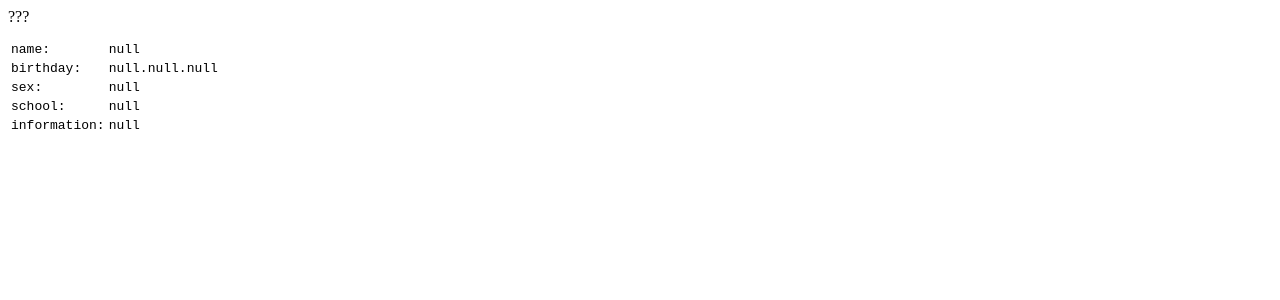
Repository: Brief-drizzle/Java-Web
Page: http://localhost/sy1/GetResume
These files come from the project's save history. The page is drawn as it stood at one moment and after the next save; the edit follows.
The browser window is 1280 px wide. The pictures show the whole page.
The page is served by Tomcat 9. Other server files are loaded and not shown.

Above is the page before, as saved 2020-10-23 12:09:42.

### sy1/src/sy1/GetResume.java
package sy1;

import java.io.IOException;
import java.io.PrintWriter;

import javax.servlet.RequestDispatcher;
import javax.servlet.ServletException;
import javax.servlet.ServletResponse;
import javax.servlet.http.Cookie;
import javax.servlet.http.HttpServlet;
import javax.servlet.http.HttpServletRequest;
import javax.servlet.http.HttpServletResponse;

@SuppressWarnings("serial")
//@WebServlet("/GetResume")
public class GetResume extends HttpServlet {

	/**
		 * Constructor of the object.
		 */
	public GetResume() {
		super();
	}

	/**
		 * Destruction of the servlet. <br>
		 */
	public void destroy() {
		super.destroy(); // Just puts "destroy" string in log
		// Put your code here
	}

	/**
		 * The doGet method of the servlet. <br>
		 *
		 * This method is called when a form has its tag value method equals to get.
		 *
		 * @param request the request send by the client to the server
		 * @param response the response send by the server to the client
		 * @throws ServletException if an error occurred
		 * @throws IOException if an error occurred
		 */
	public void doGet(HttpServletRequest request, HttpServletResponse response) throws ServletException, IOException {

		response.setContentType("text/html;charset=utf-8");
		request.setCharacterEncoding("GBK");
		response.setCharacterEncoding("GBK");
		PrintWriter out = response.getWriter();
		out.println("<!DOCTYPE HTML PUBLIC \"-//W3C//DTD HTML 4.01 Transitional//EN\">");
		out.println("<HTML>");
		out.println("  <HEAD><TITLE>A Servlet</TITLE></HEAD>");
		out.println("  <BODY>");

		Cookie[] cookie = request.getCookies();
		String name = null,bir_y= null,bir_m= null,bir_d= null,sex= null,school= null,information= null;
		out.println("???");

		if(cookie==null)
		{
			name=request.getParameter("name");
			bir_y=request.getParameter("year");
			bir_m=request.getParameter("month");
			bir_d=request.getParameter("day");
			sex=request.getParameter("sex");
			school=request.getParameter("school");
			information=request.getParameter("information");
			Cookie name_cookie=new Cookie("name",name);
			Cookie bir_y_cookie=new Cookie("bir_y",bir_y);
			Cookie bir_m_cookie=new Cookie("bir_m",bir_m);
			Cookie bir_d_cookie=new Cookie("bir_d",bir_d);
			Cookie sex_cookie=new Cookie("sex",sex);
			Cookie school_cookie=new Cookie("school",school);
			Cookie infor_cookie=new Cookie("information",information);
			response.addCookie(name_cookie);
			response.addCookie(bir_y_cookie);
			response.addCookie(bir_m_cookie);
			response.addCookie(bir_d_cookie);
			response.addCookie(sex_cookie);
			response.addCookie(school_cookie);
			response.addCookie(infor_cookie);
		}
		else if(cookie!=null)
		{
			for(int i = 0;i<cookie.length;i++)
			{
				if("name".equals(cookie[i].getName()))
				{
					name=cookie[i].getValue();
				}
				if("bir_y".equals(cookie[i].getName()))
				{
					bir_y=cookie[i].getValue();
				}
				if("bir_m".equals(cookie[i].getName()))
				{
					bir_m=cookie[i].getValue();
				}
				if("bir_d".equals(cookie[i].getName()))
				{
					bir_d=cookie[i].getValue();
				}
				if("sex".equals(cookie[i].getName()))
				{
					sex=cookie[i].getValue();
				}
				if("school".equals(cookie[i].getName()))
				{
					school=cookie[i].getValue();
				}
				if("information".equals(cookie[i].getName()))
				{
					information=cookie[i].getValue();
				}
			}
		}

		//if(isParameterNull(name)||isParameterNull(bir_y)||isParameterNull(bir_m)||isParameterNull(bir_d)||isParameterNull(sex)||isParameterNull(school)||isParameterNull(information))
		//{
		//	response.sendRedirect("/sy1/resume.html");
		//}
		//if(isParameterBlank(name)||isParameterBlank(bir_y)||isParameterBlank(bir_m)||isParameterBlank(bir_d)||isParameterBlank(sex)||isParameterBlank(school)||isParameterBlank(information))
		//{
		//	response.sendRedirect("/sy1/resume.html");
		//}

		out.println("<PRE>\n" +"<table>"+"<tr>"+"<td>"+"name:"+"</td>"+"<td>"+name+"</td>"+"</tr>");
		out.println("<tr>"+"<td>birthday:</td>"+"<td>"+bir_y+"."+bir_m+"."+bir_d+"</td>"+"</tr>");
		out.println("<tr>"+"<td>sex:</td>"+"<td>"+sex+"</td>"+"</tr>");
		out.println("<tr>"+"<td>school:</td>"+"<td>"+school+"</td>"+"</tr>");
		out.println("<tr>"+"<td>information:</td>"+"<td>"+information+"</td>"+"</tr>"+"</PRE>\n");

		out.println("  </BODY>");
		out.println("</HTML>");
		out.flush();
		out.close();
	}

	public static Cookie[] retu(Cookie[] c)
	{
		return c;
	}

	private boolean isParameterBlank(String name) {
		if (name=="")
			return true;
		else return false;
	}

	private boolean isParameterNull(String p) {
		if (p==null)
			return true;
		else return false;
	}

	  public static String filter(String input) {
		    if (!hasSpecialChars(input)) {
		      return(input);
		    }
		    StringBuffer filtered = new StringBuffer(input.length());
		    char c;
		    for(int i=0; i<input.length(); i++) {
		      c = input.charAt(i);
		      switch(c) {
		        case '<': filtered.append("&lt;"); break;
		        case '>': filtered.append("&gt;"); break;
		        case '"': filtered.append("&quot;"); break;
		        case '&': filtered.append("&amp;"); break;
		        default: filtered.append(c);
		      }
		    }
		    return(filtered.toString());
		  }

		  private static boolean hasSpecialChars(String input) {
		    boolean flag = false;
		    if ((input != null) && (input.length() > 0)) {
		      char c;
		      for(int i=0; i<input.length(); i++) {
		        c = input.charAt(i);
		        switch(c) {
		          case '<': flag = true; break;
		          case '>': flag = true; break;
		          case '"': flag = true; break;
		          case '&': flag = true; break;
		        }
		      }
		    }
		    return(flag);
		  }

	/**
		 * The doPost method of the servlet. <br>
		 *
		 * This method is called when a form has its tag value method equals to post.
		 *
		 * @param request the request send by the client to the server
		 * @param response the response send by the server to the client
		 * @throws ServletException if an error occurred
		 * @throws IOException if an error occurred
		 */
	public void doPost(HttpServletRequest request, HttpServletResponse response) throws ServletException, IOException {

		response.setContentType("text/html");
		PrintWriter out = response.getWriter();
		response.setCharacterEncoding("GBK");
		request.setCharacterEncoding("GBK");
		out.println("<!DOCTYPE HTML PUBLIC \"-//W3C//DTD HTML 4.01 Transitional//EN\">");
		out.println("<HTML>");
		out.println("  <HEAD><TITLE>A Servlet</TITLE></HEAD>");
		out.println("  <BODY>");
		out.println("  </BODY>");
		out.println("</HTML>");
		out.flush();
		out.close();
	}

	/**
		 * Initialization of the servlet. <br>
		 *
		 * @throws ServletException if an error occurs
		 */
	public void init() throws ServletException {
		// Put your code here
	}

}

After the next save:
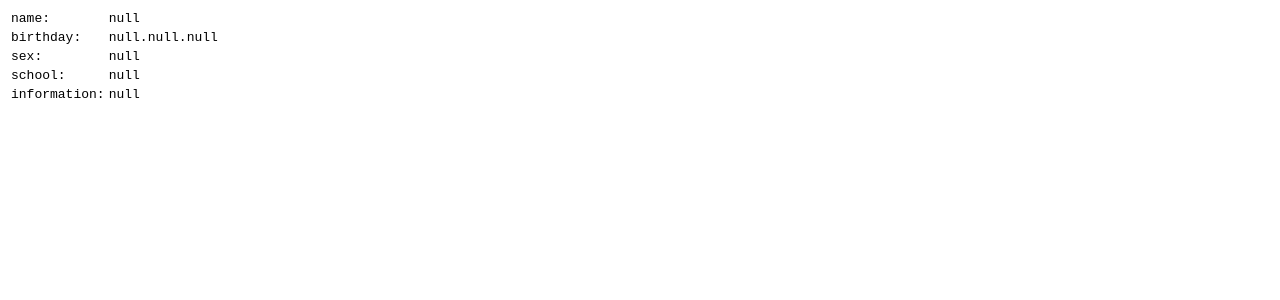
Saved 5 min 50 s later.
--- a/sy1/src/sy1/GetResume.java
+++ b/sy1/src/sy1/GetResume.java
@@ -52,9 +52,15 @@ public class GetResume extends HttpServlet {
 		out.println("  <BODY>");
 
 		Cookie[] cookie = request.getCookies();
-		String name = null,bir_y= null,bir_m= null,bir_d= null,sex= null,school= null,information= null;
-		out.println("???");
-
+		//String name = null,bir_y= null,bir_m= null,bir_d= null,sex= null,school= null,information= null;
+
+		String name=filter(request.getParameter("name"));
+		String bir_y=filter(request.getParameter("year"));
+		String bir_m=filter(request.getParameter("month"));
+		String bir_d=filter(request.getParameter("day"));
+		String sex=filter(request.getParameter("sex"));
+		String school=filter(request.getParameter("school"));
+		String information=filter(request.getParameter("information"));
 		if(cookie==null)
 		{
 			name=request.getParameter("name");
